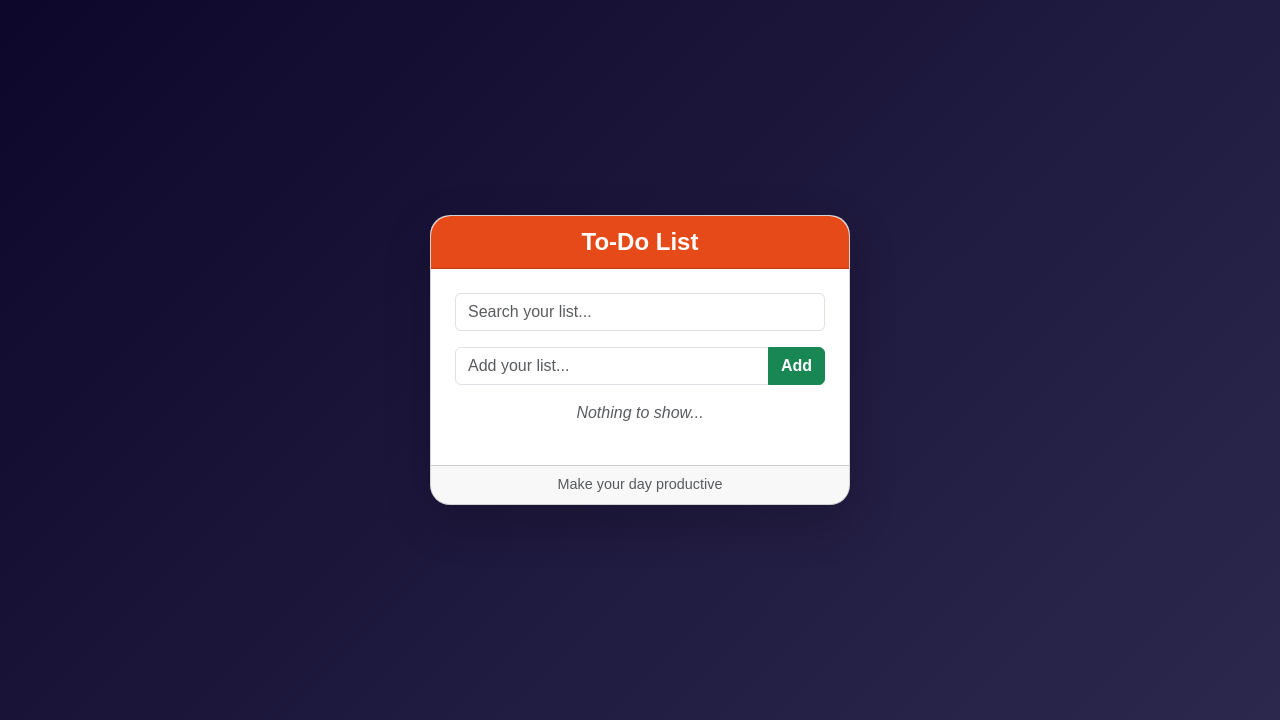
Repository: Dredphoenix/react-todo-app
Page: /
An editor plug-in stored every save of this project. The page is shown before and after a run of saves, followed by the edit.
The browser window is 1280 px wide. The pictures show the whole page.
The page's requests for data from a server got no answer. The project was rebuilt for these pictures with package versions that can differ from the ones it lists, and the page was loaded fresh each time. No one was signed in, and anything a server would have sent is missing. Also part of the build but not shown: vite.config.js.

Above is the page before, as saved 2025-10-01 14:42:34.

### src/App.jsx
import React from 'react';
import { BrowserRouter as Router, Routes, Route, Navigate } from 'react-router-dom';
import Home from './pages/Home';

function App() {


  return (
    <Home/>
  );
}

export default App;

### src/pages/Home.jsx
import React, { useState, useEffect } from "react";
import "bootstrap/dist/css/bootstrap.min.css";
import axios from "axios";

const Home = () => {
  const [items, setItems] = useState([]);
  const [input, setInput] = useState("");
  const [editIndex, setEditIndex] = useState(-1);
  const [search, setSearch] = useState("");

  // Fetch items from backend
  useEffect(() => {
    axios.get("http://localhost:5000/lists").then((response) => {
        if (response.data.success && Array.isArray(response.data.data)) {
          setItems(response.data.data);
        }
      }).catch((err) => console.log(err));
  }, []);

  // Add and Update item
  const handleAdd = () => {
    const trimmed = input.trim();
    if (!trimmed) {
      alert("Please enter a valid input");
      return;
    }

    if (editIndex === -1) {
      // Add new
      axios.post("http://localhost:5000/lists", { action: trimmed })
        .then((res) => {
          if (res.data && res.data.data) {
            setItems([...items, res.data.data]);
            setInput("");
          }
        })
        .catch((err) => console.log("Error adding item:", err));
    } else {
      // Update existing
      const itemToUpdate = items[editIndex];
      axios.put(`http://localhost:5000/lists/${itemToUpdate._id}`, { action: trimmed })
        .then((res) => {
          const updatedItems = [...items];
          updatedItems[editIndex] = res.data.data;
          setItems(updatedItems);
          setEditIndex(-1);
          setInput("");
        })
        .catch((err) => console.log("Error updating item:", err));
    }
  };

  // Delete item
  const handleDelete = (index) => {
    const id = items[index]._id;
    axios.delete(`http://localhost:5000/lists/${id}`)
      .then((res) => {
        const updated = items.filter((_, i) => i !== index);
        setItems(updated);
        console.log("Deleted:", res.data);
      })
      .catch((err) => console.log("Error deleting item:", err));
  };

  // Edit item
  const handleEdit = (index) => {
    const item = items[index];
    setInput(item.action || "");
    setEditIndex(index);
  };

  // Search filter
  const filteredItems = items.filter(
    (item) => item.action && item.action.toLowerCase().includes(search.toLowerCase())
  );

  // Add using Enter key
  const handleEnter = (e) => {
    if (e.key === "Enter") handleAdd();
  };

  return (
    <div
      className="min-vh-100 d-flex align-items-center justify-content-center"
      style={{
        background: "linear-gradient(135deg, #0e072cff, #2c284dff)",
        fontFamily: "Poppins, sans-serif",
      }}
    >
      <div className="card shadow-lg" style={{ width: "420px", borderRadius: "20px" }}>
        <div
          className="card-header text-center text-white fw-bold"
          style={{
            backgroundColor: "#E64A19",
            borderTopLeftRadius: "20px",
            borderTopRightRadius: "20px",
            fontSize: "1.5rem",
          }}
        >
          To-Do List
        </div>

        <div className="card-body p-4">
          {/* Search Input */}
          <div className="input-group mb-3">
            <input
              type="text"
              className="form-control"
              placeholder="Search your list..."
              value={search}
              onChange={(e) => setSearch(e.target.value)}
            />
          </div>

          {/* Add/Edit Input */}
          <div className="input-group mb-3">
            <input
              type="text"
              className="form-control"
              placeholder={editIndex === -1 ? "Add your list..." : "Edit item..."}
              value={input}
              onChange={(e) => setInput(e.target.value)}
              onKeyDown={handleEnter}
            />
            <button
              className={`btn ${editIndex === -1 ? "btn-success" : "btn-primary"} fw-bold`}
              onClick={handleAdd}
            >
              {editIndex === -1 ? "Add" : "Update"}
            </button>
          </div>

          {/* List */}
          {filteredItems.length === 0 ? (
            <p className="text-center text-muted fst-italic">Nothing to show...</p>
          ) : (
            <ul className="list-group list-group-flush">
              {filteredItems.map((item, index) => (
                <li
                  key={item._id}
                  className="list-group-item d-flex justify-content-between align-items-center"
                  style={{
                    borderRadius: "10px",
                    background: "#FFF8E1",
                    marginBottom: "8px",
                  }}
                >
                  <span className="fw-semibold">{item.action}</span>
                  <div>
                    <button
                      className="btn btn-sm btn-outline-primary me-2"
                      onClick={() => handleEdit(index)}
                    >
                      Edit
                    </button>
                    <button
                      className="btn btn-sm btn-outline-danger"
                      onClick={() => handleDelete(index)}
                    >
                      Delete
                    </button>
                  </div>
                </li>
              ))}
            </ul>
          )}
        </div>

        <div
          className="card-footer text-center text-muted"
          style={{
            fontSize: "0.9rem",
            borderBottomLeftRadius: "20px",
            borderBottomRightRadius: "20px",
          }}
        >
          Make your day productive
        </div>
      </div>
    </div>
  );
};

export default Home;

Loaded but not shown: src/main.jsx (common file); src/index.css (no stored copy; drawn as an empty file)

After the next 4 saves:
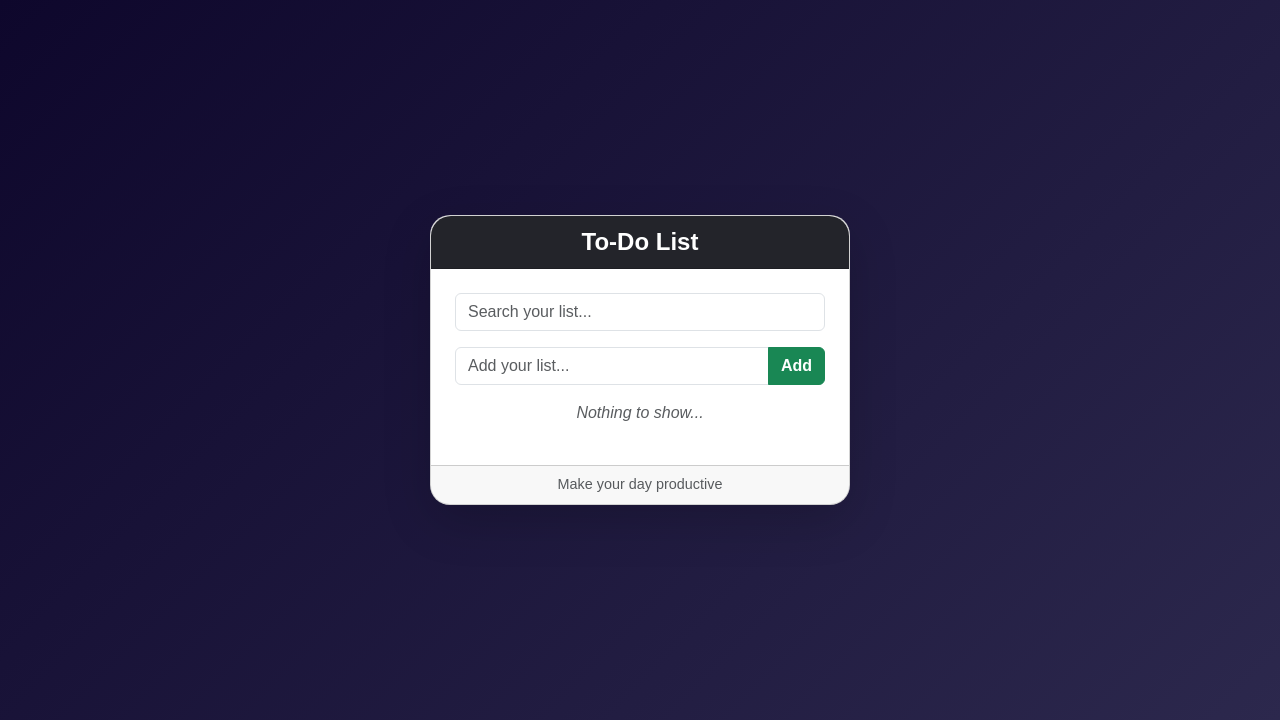
The 4 saves are shown as one change because they came seconds apart.
The last was saved 34 s later.
--- a/src/pages/Home.jsx
+++ b/src/pages/Home.jsx
@@ -91,7 +91,7 @@ const Home = () => {
         <div
           className="card-header text-center text-white fw-bold"
           style={{
-            backgroundColor: "#E64A19",
+            backgroundColor: "#23242a",
             borderTopLeftRadius: "20px",
             borderTopRightRadius: "20px",
             fontSize: "1.5rem",
